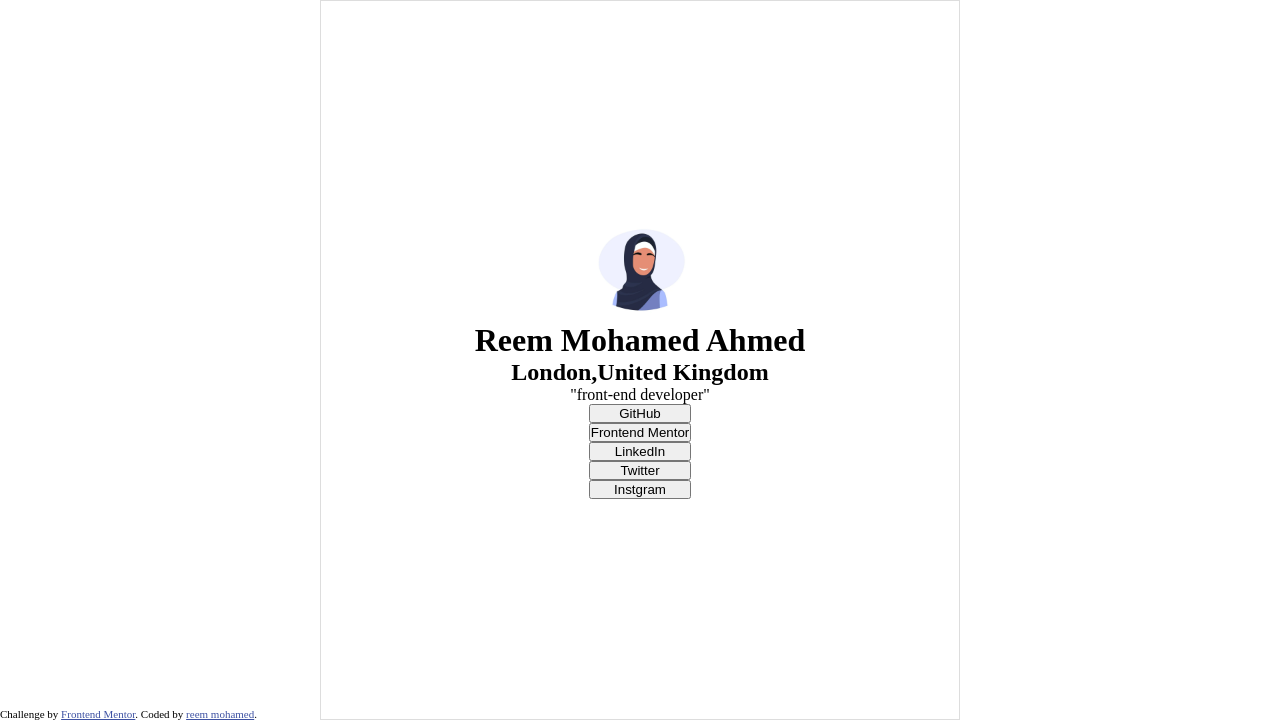
Repository: reemoon-ctrl/social_links_profile_main
Page: index.html
An editor plug-in stored every save of this project. The page is shown before and after the next save, followed by the edit.
The browser window is 1280 px wide. The pictures show the whole page.

Above is the page before, as saved 2024-07-23 10:10:02.

After the next save:
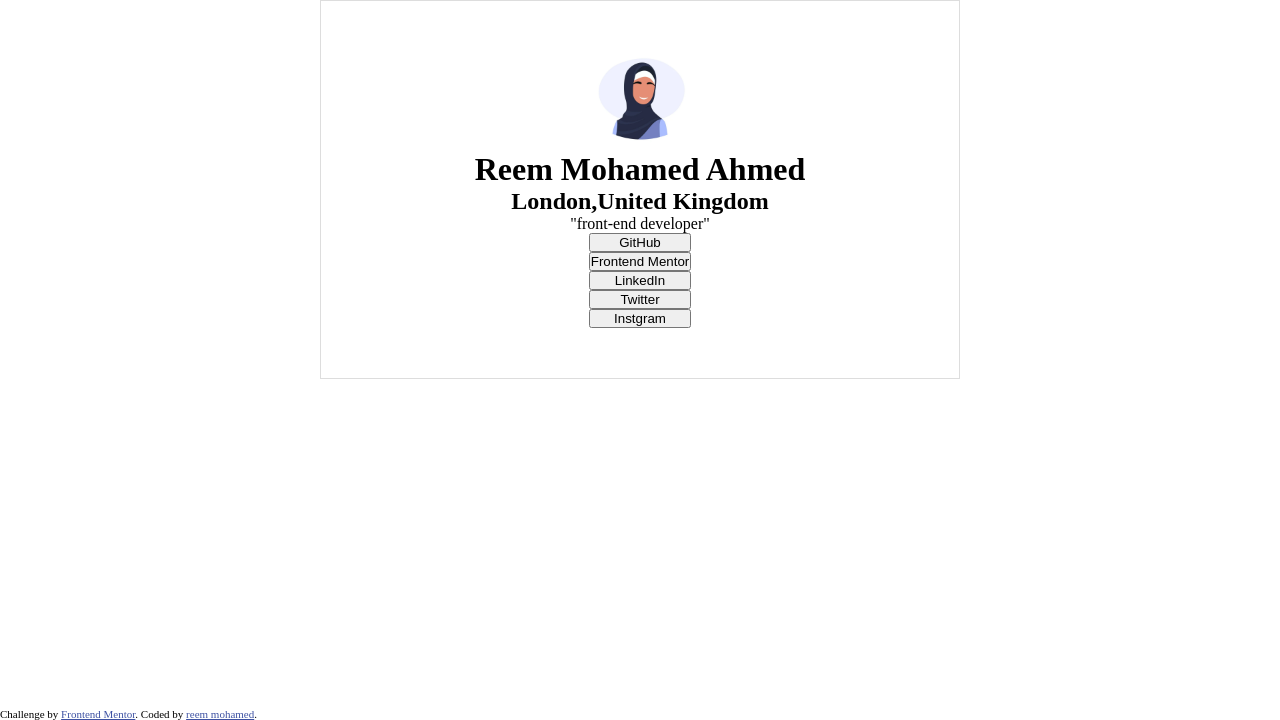
Saved 4 s later.
--- a/index.css
+++ b/index.css
@@ -20,7 +20,7 @@ body{
     width: 50%;
     padding:50px;
 
-    min-height: 100vh;
+    min-height: 50vh;
     align-items: center;
     justify-content: center;
     text-align: center;
